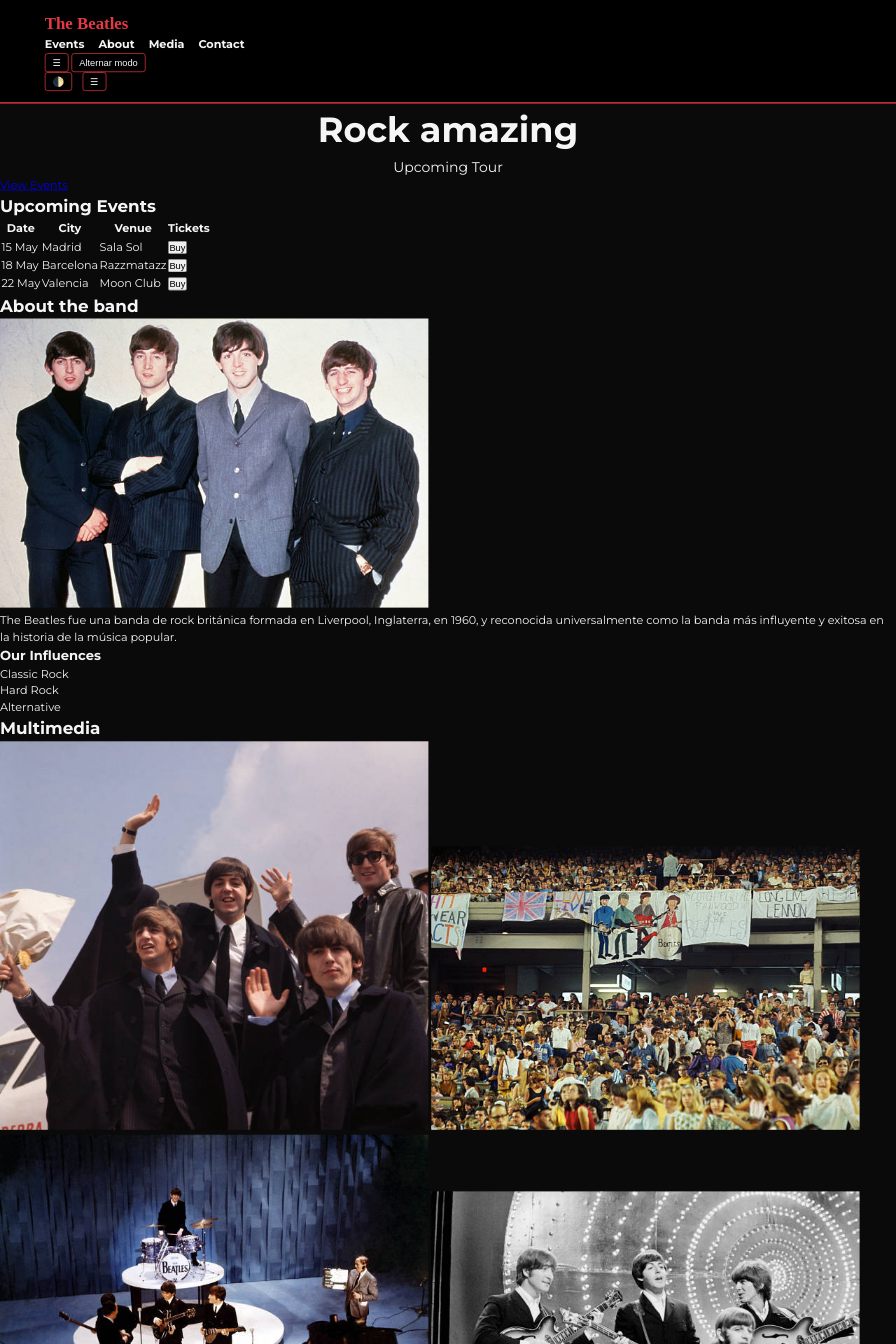
Repository: keiner-dev/Prueba_Desempe-o
Page: index.html
An editor plug-in stored every save of this project. The page is shown before and after a run of saves, followed by the edit.
The browser window is 1280 px wide. The pictures show the part of the page from y = 0 to 1920 px (the page is 2628 px tall), at 70% of full size.
Some web fonts or font styles are not loaded; a fallback is used.

Above is the page before, as saved 2026-04-27 14:22:27.

After the next 6 saves:
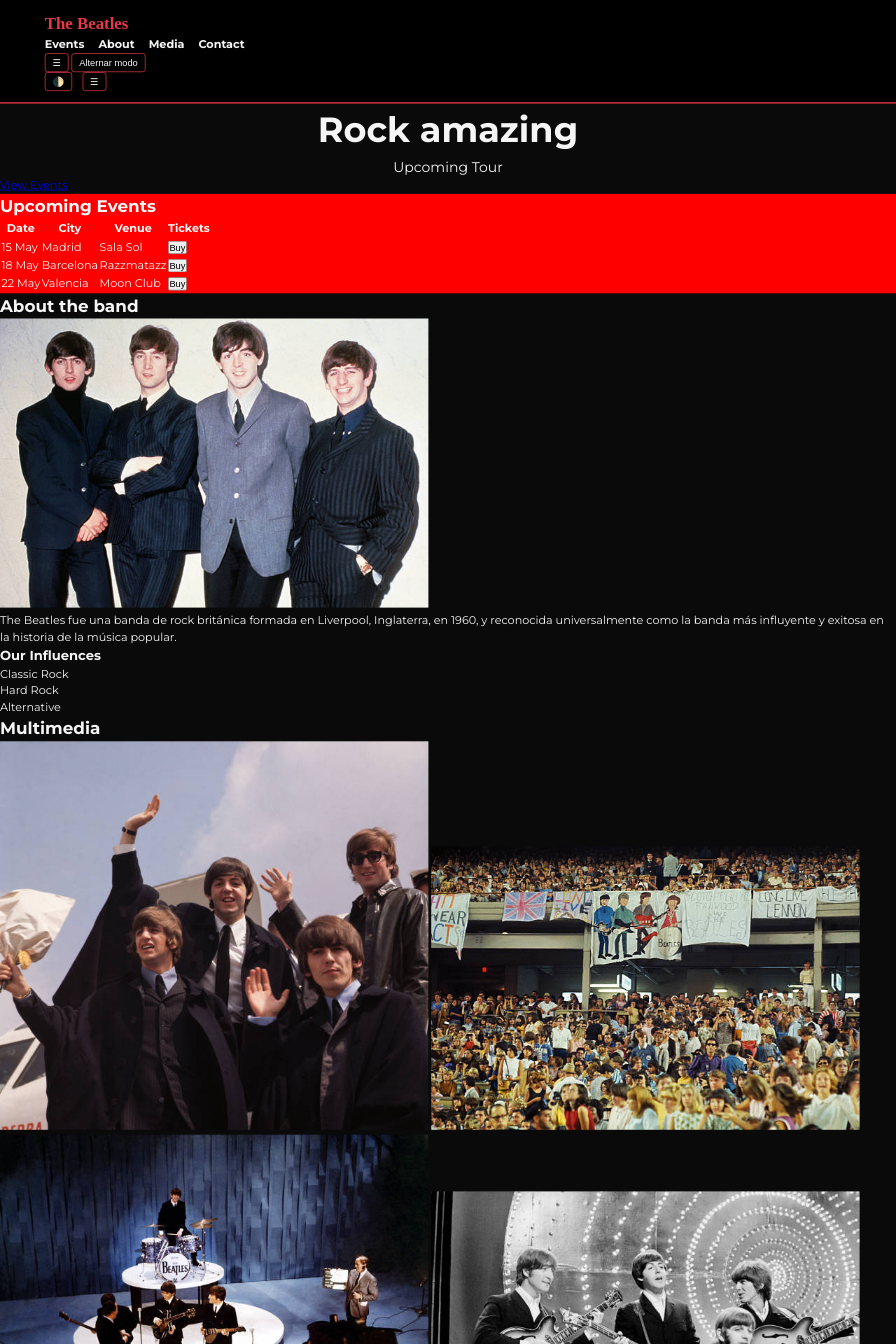
The 6 saves are shown as one change because they came seconds apart.
The last was saved 17 s later.
--- a/styles.css
+++ b/styles.css
@@ -87,3 +87,6 @@
     font-size: 20px;
     text-align: center;
 }
+
+.events_container {
+    background-color: red;
